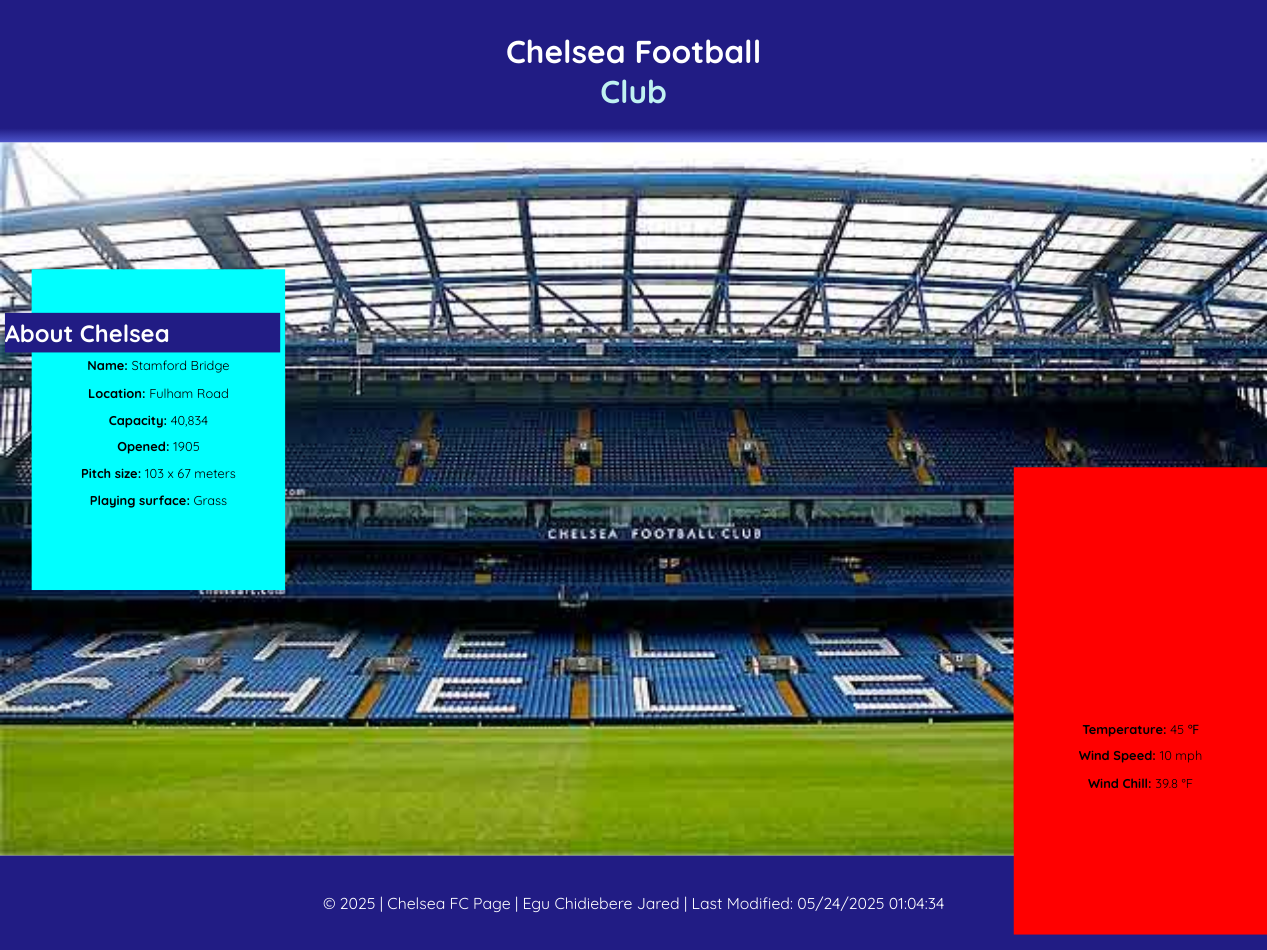
Repository: EguJaredoBoyd/wdd131
Page: place.html
The author's editor kept a copy of each file at every save. The page is drawn from the files as they stood at one save, then again after the next save.
The browser window is 1280 px wide. The pictures show the whole page, at 99% of full size.
Some web libraries are served in a nearby version.

Above is the page before, as saved 2025-05-26 12:02:39.

After the next save:
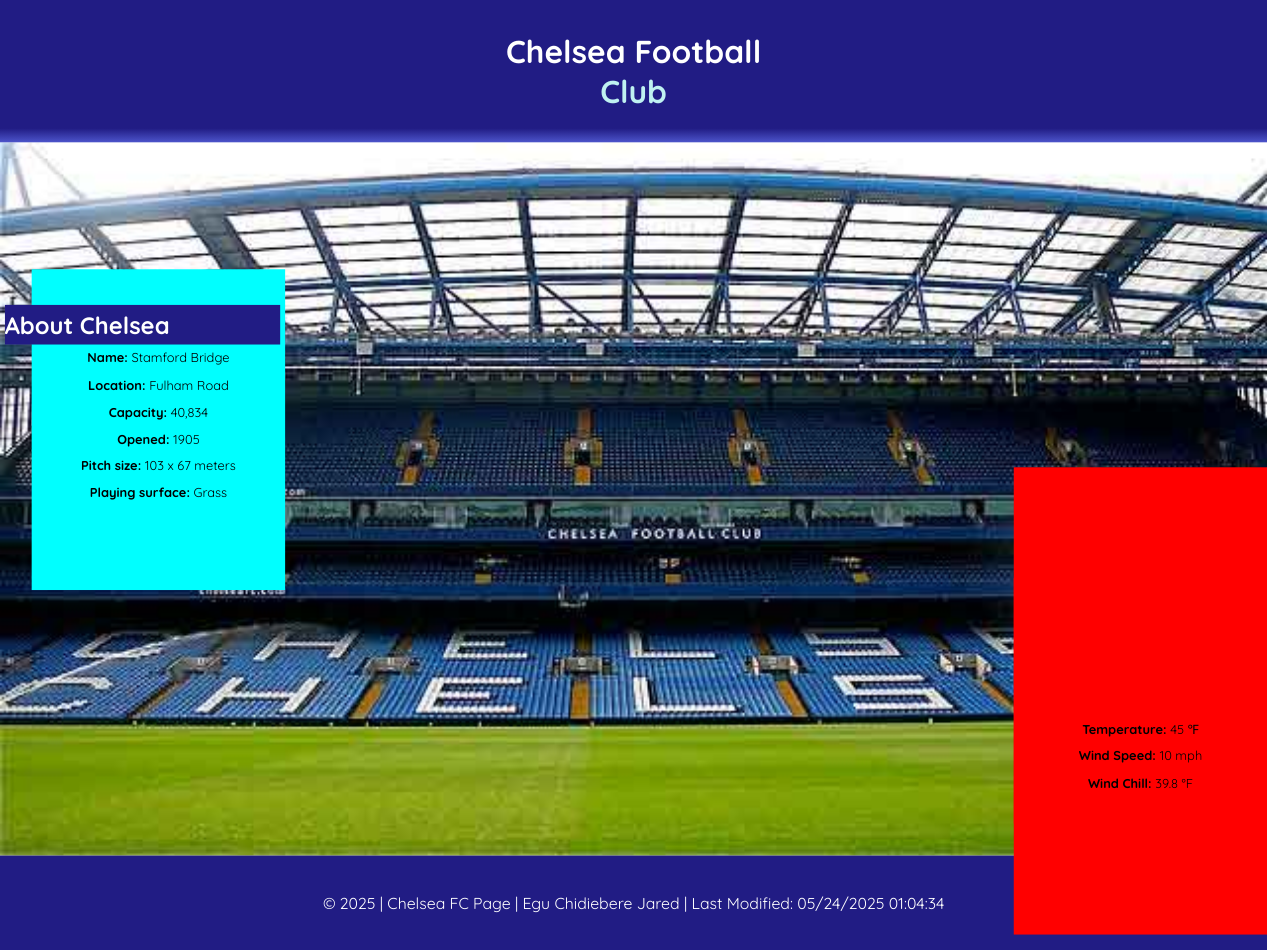
Saved 10 s later.
--- a/styles/place-large.css
+++ b/styles/place-large.css
@@ -17,7 +17,7 @@
     }
     .info h2{
         margin-bottom: 0;
-        margin-top: -2rem;
+        margin-top: -3rem;
         background-color: var(--primary-color);
         color: white;
         margin-left: -2rem;
